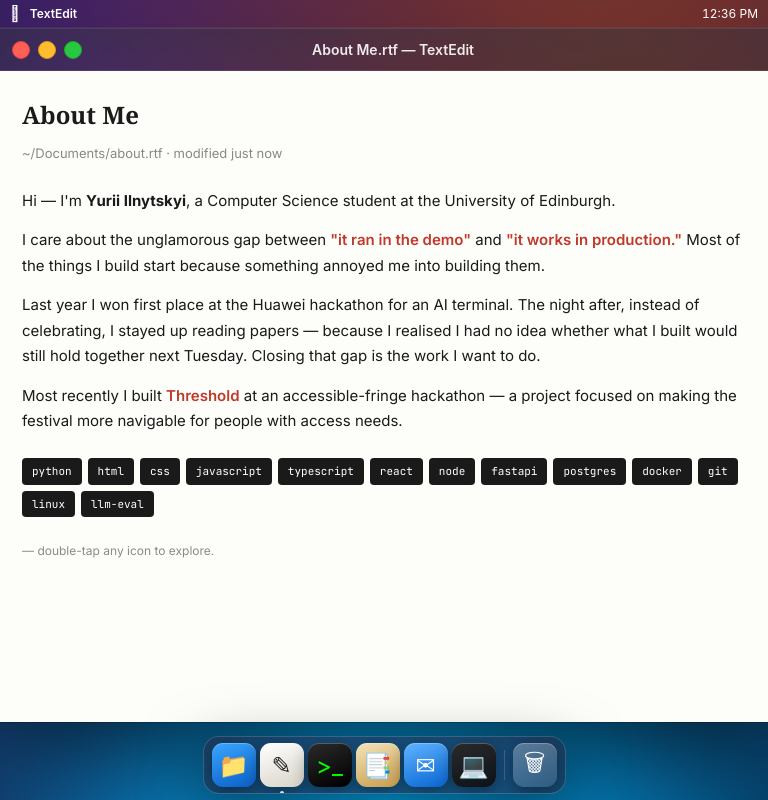
Repository: IYURA2006/personal_website
Page: index.html
An editor plug-in stored every save of this project. The page is shown before and after the next save, followed by the edit.
The browser window is 768 px wide. The pictures show the whole page.

Above is the page before, as saved 2026-04-10 13:39:37.

### index.html
<!doctype html>
<html lang="en">
<head>
<meta charset="utf-8">
<meta name="viewport" content="width=device-width,initial-scale=1,maximum-scale=1,user-scalable=no">
<meta name="theme-color" content="#1a0f2e">
<title>Yurii OS — Portfolio</title>
<link rel="preconnect" href="https://fonts.googleapis.com">
<link rel="icon" type="image/png" href="image.png">
<link rel="preconnect" href="https://fonts.gstatic.com" crossorigin>
<link href="https://fonts.googleapis.com/css2?family=Inter:wght@400;500;600;700&family=JetBrains+Mono:wght@400;500&display=swap" rel="stylesheet">
<link rel="stylesheet" href="styles.css">
</head>
<body>


<div id="boot"><div class="apple">&#63743;</div><div class="bar"><i></i></div></div>

<div id="desktop">

  <div id="menubar">
    <span class="apple">&#63743;</span>
    <span class="active" id="activeApp">Finder</span>
    <div class="items">
      <span>File</span><span>Edit</span><span>View</span><span>Go</span><span>Window</span><span>Help</span>
    </div>
    <div class="right">
      <span class="hide-sm">&#9728;</span>
      <span class="hide-sm">&#128268;</span>
      <span id="clock">—</span>
    </div>
  </div>

  <div id="deskicons">
    <div class="deskicon" data-app="about"><div class="img ic-text">&#9998;</div><div class="lbl">About Me</div></div>
    <div class="deskicon" data-app="projects"><div class="img ic-finder">&#128193;</div><div class="lbl">Projects</div></div>
    <div class="deskicon" data-app="resume"><div class="img ic-resume">&#128209;</div><div class="lbl">Resume</div></div>
    <div class="deskicon" data-app="contact"><div class="img ic-mail">&#9993;</div><div class="lbl">Contact</div></div>
  </div>

  <div id="windows"></div>

  <div id="dock-wrap">
    <div id="dock">
      <div class="dockitem ic-finder" data-app="projects"><span>&#128193;</span><div class="tip">Finder</div><div class="dot"></div></div>
      <div class="dockitem ic-text" data-app="about"><span>&#9998;</span><div class="tip">About Me</div><div class="dot"></div></div>
      <div class="dockitem ic-term" data-app="terminal"><span>&gt;_</span><div class="tip">Terminal</div><div class="dot"></div></div>
      <div class="dockitem ic-resume" data-app="resume"><span>&#128209;</span><div class="tip">Resume</div><div class="dot"></div></div>
      <div class="dockitem ic-mail" data-app="contact"><span>&#9993;</span><div class="tip">Contact</div><div class="dot"></div></div>
      <div class="dockitem ic-github" data-app="github"><span>&#128187;</span><div class="tip">GitHub</div><div class="dot"></div></div>
      <div class="divider"></div>
      <div class="dockitem ic-trash"><span>&#128465;</span><div class="tip">Trash</div></div>
    </div>
  </div>

</div>

<script src="app.js"></script>
</body>
</html>

### styles.css
:root{
  --font:-apple-system,BlinkMacSystemFont,"SF Pro Display","SF Pro Text","Inter",system-ui,sans-serif;
  --mono:"JetBrains Mono",ui-monospace,Menlo,monospace;
}
*{box-sizing:border-box;margin:0;padding:0;-webkit-font-smoothing:antialiased;-webkit-tap-highlight-color:transparent}
html,body{height:100%;overflow:hidden;font-family:var(--font);color:#fff;user-select:none;overscroll-behavior:none}
button{font:inherit;color:inherit;background:none;border:none;cursor:pointer}
a{color:inherit;text-decoration:none}

/* ============ Wallpaper ============ */
#desktop{
  position:fixed;inset:0;
  background:
    radial-gradient(1200px 800px at 80% 10%, #ff7a59 0%, transparent 55%),
    radial-gradient(900px 700px at 15% 20%, #7b4bff 0%, transparent 60%),
    radial-gradient(1000px 800px at 50% 100%, #00b3ff 0%, transparent 55%),
    linear-gradient(160deg,#1a0f2e 0%, #2b0a3d 40%, #06122e 100%);
  overflow:hidden;
}
#desktop::after{
  content:"";position:absolute;inset:0;pointer-events:none;opacity:.08;mix-blend-mode:overlay;
  background-image:url("data:[embedded picture, 246 characters]");
}

/* ============ Menu bar ============ */
#menubar{
  position:fixed;top:0;left:0;right:0;height:28px;z-index:9999;
  display:flex;align-items:center;padding:0 14px;gap:18px;font-size:13px;
  background:rgba(20,18,30,.55);
  backdrop-filter:blur(22px) saturate(180%);
  -webkit-backdrop-filter:blur(22px) saturate(180%);
  border-bottom:1px solid rgba(255,255,255,.08);
}
#menubar .apple{font-size:15px}
#menubar .active{font-weight:600;white-space:nowrap;overflow:hidden;text-overflow:ellipsis;max-width:50vw}
#menubar .items{display:flex;gap:16px;font-weight:500;opacity:.9}
#menubar .right{margin-left:auto;display:flex;gap:14px;align-items:center;font-variant-numeric:tabular-nums}

/* ============ Desktop icons ============ */
#deskicons{position:absolute;top:48px;right:24px;display:flex;flex-direction:column;gap:22px;z-index:10}
.deskicon{
  width:84px;display:flex;flex-direction:column;align-items:center;gap:6px;
  cursor:pointer;border-radius:8px;padding:6px;transition:background .15s;
}
.deskicon:hover{background:rgba(255,255,255,.08)}
.deskicon.sel{background:rgba(80,140,255,.35);outline:1px solid rgba(255,255,255,.3)}
.deskicon .img{
  width:56px;height:56px;border-radius:14px;display:flex;align-items:center;justify-content:center;
  font-size:30px;box-shadow:0 8px 24px rgba(0,0,0,.4),inset 0 1px 0 rgba(255,255,255,.25);
}
.deskicon .lbl{font-size:12px;text-shadow:0 1px 3px rgba(0,0,0,.8);text-align:center}

/* ============ Windows ============ */
.win{
  position:absolute;min-width:340px;min-height:240px;
  background:rgba(30,28,40,.78);
  backdrop-filter:blur(30px) saturate(180%);
  -webkit-backdrop-filter:blur(30px) saturate(180%);
  border:1px solid rgba(255,255,255,.12);border-radius:12px;overflow:hidden;
  box-shadow:0 30px 80px rgba(0,0,0,.55), 0 0 0 .5px rgba(0,0,0,.4);
  display:flex;flex-direction:column;
  transform-origin:center bottom;
  animation:winOpen .42s cubic-bezier(.2,1.2,.3,1);
}
@keyframes winOpen{0%{opacity:0;transform:scale(.85) translateY(40px)}100%{opacity:1;transform:none}}
.win.closing{animation:winClose .25s ease forwards}
@keyframes winClose{to{opacity:0;transform:scale(.9) translateY(20px)}}
.win.minimizing{animation:winMin .35s ease forwards}
@keyframes winMin{to{opacity:0;transform:scale(.2) translateY(60vh)}}

.titlebar{
  height:36px;display:flex;align-items:center;padding:0 12px;gap:8px;flex-shrink:0;
  background:rgba(255,255,255,.04);border-bottom:1px solid rgba(255,255,255,.08);
  cursor:grab;
}
.titlebar:active{cursor:grabbing}
.lights{display:flex;gap:8px;flex-shrink:0}
.light{width:13px;height:13px;border-radius:50%;display:flex;align-items:center;justify-content:center;font-size:9px;color:rgba(0,0,0,.55);font-weight:700}
.light.r{background:#ff5f57;border:.5px solid #e0443e}
.light.y{background:#febc2e;border:.5px solid #d89e1f}
.light.g{background:#28c840;border:.5px solid #1aaa2c}
.light span{opacity:0}
.lights:hover .light span{opacity:1}
.title{flex:1;text-align:center;font-size:13px;font-weight:600;opacity:.9;white-space:nowrap;overflow:hidden;text-overflow:ellipsis}
.win .body{flex:1;overflow:auto;color:#eee;font-size:14px;-webkit-overflow-scrolling:touch}

/* ============ Finder app ============ */
.finder{display:flex;height:100%}
.finder .side{width:160px;flex-shrink:0;background:rgba(0,0,0,.18);border-right:1px solid rgba(255,255,255,.06);padding:14px 10px;font-size:12px;overflow:auto}
.finder .side h4{font-size:10px;text-transform:uppercase;opacity:.5;margin:10px 6px 6px;letter-spacing:.05em}
.finder .side a{display:flex;align-items:center;gap:8px;padding:5px 8px;border-radius:6px;color:#fff;cursor:pointer}
.finder .side a:hover{background:rgba(255,255,255,.08)}
.finder .side a.act{background:rgba(80,140,255,.4)}
.finder .main{flex:1;padding:18px;display:grid;grid-template-columns:repeat(auto-fill,minmax(140px,1fr));gap:14px;align-content:start;overflow:auto}
.pcard{display:flex;flex-direction:column;align-items:center;gap:8px;padding:10px;border-radius:8px;cursor:pointer;text-decoration:none;color:#fff}
.pcard:hover{background:rgba(255,255,255,.06)}
.pcard .ic{width:74px;height:90px;border-radius:6px;background:linear-gradient(160deg,#fff,#cfd6e4);display:flex;align-items:center;justify-content:center;font-size:36px;color:#222;box-shadow:0 6px 18px rgba(0,0,0,.4);position:relative}
.pcard .nm{font-size:12px;text-align:center;font-weight:500}
.pcard .meta{font-size:10px;opacity:.5;text-align:center}
.pcard .badge{position:absolute;top:-4px;right:-4px;background:#ff3b30;color:#fff;font-size:9px;padding:2px 6px;border-radius:10px;font-weight:600}

/* ============ TextEdit ============ */
.textedit{padding:34px 50px;background:#fdfdfa;color:#1a1a1a;min-height:100%;font-family:"Inter",var(--font);font-size:14.5px;line-height:1.7}
.textedit h1{font-family:"Iowan Old Style",Georgia,serif;font-size:28px;margin-bottom:6px}
.textedit .sub{color:#888;font-size:13px;margin-bottom:24px}
.textedit p{margin-bottom:14px}
.textedit em{color:#c0392b;font-style:normal;font-weight:600}
.textedit .tags{margin-top:24px;display:flex;flex-wrap:wrap;gap:6px}
.textedit .tags span{background:#1a1a1a;color:#fff;padding:4px 10px;border-radius:4px;font-size:11px;font-family:var(--mono)}

/* ============ Terminal ============ */
.terminal{background:rgba(10,8,16,.92);min-height:100%;font-family:var(--mono);font-size:13px;color:#d6d6d6;padding:14px;overflow:auto}
.terminal .line{white-space:pre-wrap;word-break:break-word;margin-bottom:2px}
.terminal .prompt{color:#5af78e}
.terminal .path{color:#57c7ff}
.terminal .err{color:#ff5c57}
.terminal .ok{color:#f3f99d}
.terminal .input-row{display:flex;gap:6px;align-items:center;margin-top:4px}
.terminal input{background:none;border:none;color:#d6d6d6;font:inherit;flex:1;outline:none;caret-color:#5af78e;min-width:0}

/* ============ Resume ============ */
.resume-pdf{width:100%;height:100%;border:none;background:#525659}
.resume{padding:30px 40px;background:#f4f1ea;color:#161616;min-height:100%;font-family:Georgia,"Iowan Old Style",serif}
.resume h1{font-size:32px;letter-spacing:-.01em}
.resume .role{font-style:italic;color:#666;margin-bottom:18px}
.resume h2{font-size:13px;text-transform:uppercase;letter-spacing:.12em;border-bottom:1px solid #c8c2b3;padding-bottom:4px;margin:20px 0 10px;color:#444;font-family:var(--font);font-weight:700}
.resume .item{margin-bottom:12px;font-size:13.5px;line-height:1.55}
.resume .item b{display:block}
.resume .item span{color:#888;font-size:12px;font-style:italic}
.resume .skills{display:flex;flex-wrap:wrap;gap:6px;font-family:var(--font);font-size:11px}
.resume .skills span{background:#1a1a1a;color:#fff;padding:3px 9px;border-radius:3px}

/* ============ Contact ============ */
.contact{padding:30px;min-height:100%;display:flex;flex-direction:column;gap:14px}
.contact h2{font-size:22px;font-weight:600}
.contact a.row{display:flex;align-items:center;gap:14px;padding:14px;background:rgba(255,255,255,.05);border:1px solid rgba(255,255,255,.08);border-radius:10px;color:#fff;text-decoration:none;transition:all .2s}
.contact a.row:hover{background:rgba(255,255,255,.1);transform:translateX(4px)}
.contact a.row .ic{font-size:24px}
.contact a.row b{display:block;font-size:14px}
.contact a.row span{font-size:12px;opacity:.6}

/* ============ GitHub app ============ */
.gh{padding:0;height:100%;display:flex;flex-direction:column;background:#0d1117;color:#e6edf3;font-family:var(--font)}
.gh .head{padding:20px 24px;border-bottom:1px solid #30363d;display:flex;gap:18px;align-items:center}
.gh .head img{width:64px;height:64px;border-radius:50%;border:1px solid #30363d}
.gh .head h2{font-size:20px;font-weight:600;margin-bottom:2px}
.gh .head .login{color:#7d8590;font-size:13px}
.gh .head .bio{color:#e6edf3;font-size:12px;margin-top:4px;max-width:340px}
.gh .stats{display:flex;gap:16px;padding:12px 24px;border-bottom:1px solid #30363d;font-size:12px;color:#7d8590}
.gh .stats b{color:#e6edf3;font-weight:600}
.gh .repos{flex:1;overflow:auto;padding:12px 18px}
.gh .repo{padding:14px;border:1px solid #30363d;border-radius:8px;margin-bottom:10px;transition:border-color .15s}
.gh .repo:hover{border-color:#58a6ff}
.gh .repo h3{font-size:14px;color:#58a6ff;font-weight:600;margin-bottom:4px}
.gh .repo p{font-size:12px;color:#7d8590;margin-bottom:8px;line-height:1.45}
.gh .repo .meta{display:flex;gap:14px;font-size:11px;color:#7d8590}
.gh .repo .meta .lang{display:flex;align-items:center;gap:4px}
.gh .repo .meta .dot{width:10px;height:10px;border-radius:50%;background:#3178c6}
.gh .loading{padding:40px;text-align:center;color:#7d8590;font-size:13px}
.gh .err{padding:30px;text-align:center;color:#f85149;font-size:13px}
.gh .open-btn{display:inline-block;margin:14px 24px 18px;padding:8px 16px;background:#238636;color:#fff;border-radius:6px;font-size:12px;font-weight:600;text-align:center;border:1px solid #2ea043}
.gh .open-btn:hover{background:#2ea043}

/* ============ Dock ============ */
#dock-wrap{position:fixed;bottom:0;left:0;right:0;display:flex;justify-content:center;padding-bottom:10px;z-index:9000;pointer-events:none}
#dock{
  display:flex;align-items:flex-end;gap:6px;padding:8px 10px;
  background:rgba(40,38,55,.55);
  backdrop-filter:blur(28px) saturate(180%);
  -webkit-backdrop-filter:blur(28px) saturate(180%);
  border:1px solid rgba(255,255,255,.15);border-radius:20px;
  box-shadow:0 18px 60px rgba(0,0,0,.5);
  pointer-events:auto;max-width:calc(100vw - 20px);overflow-x:auto;
  scrollbar-width:none;
}
#dock::-webkit-scrollbar{display:none}
.dockitem{
  position:relative;width:52px;height:52px;border-radius:13px;flex-shrink:0;
  display:flex;align-items:center;justify-content:center;font-size:30px;cursor:pointer;
  transition:transform .18s cubic-bezier(.2,1.4,.4,1);transform-origin:center bottom;
  box-shadow:0 6px 18px rgba(0,0,0,.4),inset 0 1px 0 rgba(255,255,255,.25);
}
.dockitem .dot{position:absolute;bottom:-8px;left:50%;transform:translateX(-50%);width:4px;height:4px;border-radius:50%;background:#fff;opacity:0;transition:opacity .2s}
.dockitem.run .dot{opacity:.85}
.dockitem .tip{
  position:absolute;bottom:calc(100% + 14px);left:50%;transform:translateX(-50%) translateY(6px);
  background:rgba(20,18,30,.9);backdrop-filter:blur(20px);
  padding:5px 10px;border-radius:6px;font-size:12px;white-space:nowrap;
  border:1px solid rgba(255,255,255,.1);opacity:0;pointer-events:none;transition:all .15s;
}
.dockitem:hover .tip{opacity:1;transform:translateX(-50%) translateY(0)}
.divider{width:1px;height:36px;background:rgba(255,255,255,.18);margin:0 4px;align-self:center;flex-shrink:0}

/* dock icon colors */
.ic-finder{background:linear-gradient(160deg,#3aa6ff,#0a5fc7)}
.ic-text{background:linear-gradient(160deg,#fff,#d8d4c8);color:#222}
.ic-term{background:linear-gradient(160deg,#2a2a2a,#000);color:#0f0}
.ic-resume{background:linear-gradient(160deg,#f4e4bc,#c89d4a);color:#3a2510}
.ic-mail{background:linear-gradient(160deg,#5fb3ff,#0866d3)}
.ic-github{background:linear-gradient(160deg,#2a2a2a,#0d1117);color:#fff}
.ic-trash{background:linear-gradient(160deg,rgba(255,255,255,.3),rgba(255,255,255,.1))}

/* ============ Boot ============ */
#boot{position:fixed;inset:0;background:#000;display:flex;align-items:center;justify-content:center;flex-direction:column;gap:20px;z-index:99999;color:#fff}
#boot .apple{font-size:64px}
#boot .bar{width:200px;height:4px;background:rgba(255,255,255,.18);border-radius:2px;overflow:hidden}
#boot .bar i{display:block;height:100%;width:0;background:#fff;animation:load 1.8s ease forwards}
@keyframes load{to{width:100%}}
#boot.gone{opacity:0;pointer-events:none;transition:opacity .5s}

/* ============================================
   MOBILE — windows go fullscreen, no dragging
   ============================================ */
@media (max-width:780px){
  .hide-sm{display:none !important}
  #menubar{padding:0 10px;gap:10px;font-size:12px}
  #menubar .items{display:none}
  #menubar .active{font-size:12px}

  #deskicons{
    top:auto;right:auto;left:0;right:0;bottom:90px;
    flex-direction:row;flex-wrap:wrap;justify-content:center;gap:14px;padding:0 14px;
  }
  .deskicon{width:74px}
  .deskicon .img{width:50px;height:50px;font-size:26px}

  .win{
    position:fixed !important;
    top:28px !important;left:0 !important;right:0 !important;bottom:78px !important;
    width:100vw !important;height:auto !important;
    border-radius:0;border-left:none;border-right:none;border-bottom:none;
    min-width:0;min-height:0;
    animation:winOpenMobile .35s cubic-bezier(.2,1,.3,1);
  }
  @keyframes winOpenMobile{from{opacity:0;transform:translateY(30px)}to{opacity:1;transform:none}}
  .titlebar{cursor:default;height:42px}
  .light{width:18px;height:18px}
  .title{font-size:14px}

  /* Finder: collapse sidebar */
  .finder .side{display:none}
  .finder .main{padding:14px;grid-template-columns:repeat(auto-fill,minmax(110px,1fr));gap:10px}
  .pcard .ic{width:64px;height:78px;font-size:30px}

  .textedit{padding:24px 22px;font-size:15px}
  .textedit h1{font-size:24px}

  .resume{padding:22px 22px}
  .resume h1{font-size:26px}

  .contact{padding:20px}

  .gh .head{padding:16px;flex-direction:column;text-align:center;gap:10px}
  .gh .head .bio{max-width:none}
  .gh .repos{padding:10px}

  /* Dock */
  #dock-wrap{padding-bottom:6px; z-index:9998;}
  #dock{padding:6px 8px;gap:4px;border-radius:16px}
  .dockitem{width:44px;height:44px;font-size:24px;border-radius:11px; z-index:10001;}
  .dockitem .tip{display:none}
  .divider{height:30px}
}

@media (max-width:400px){
  .dockitem{width:40px;height:40px;font-size:22px}
  .deskicon{width:64px}
  #deskicons{bottom:78px}
}

Loaded but not shown: app.js (411 lines, source omitted)

After the next save:
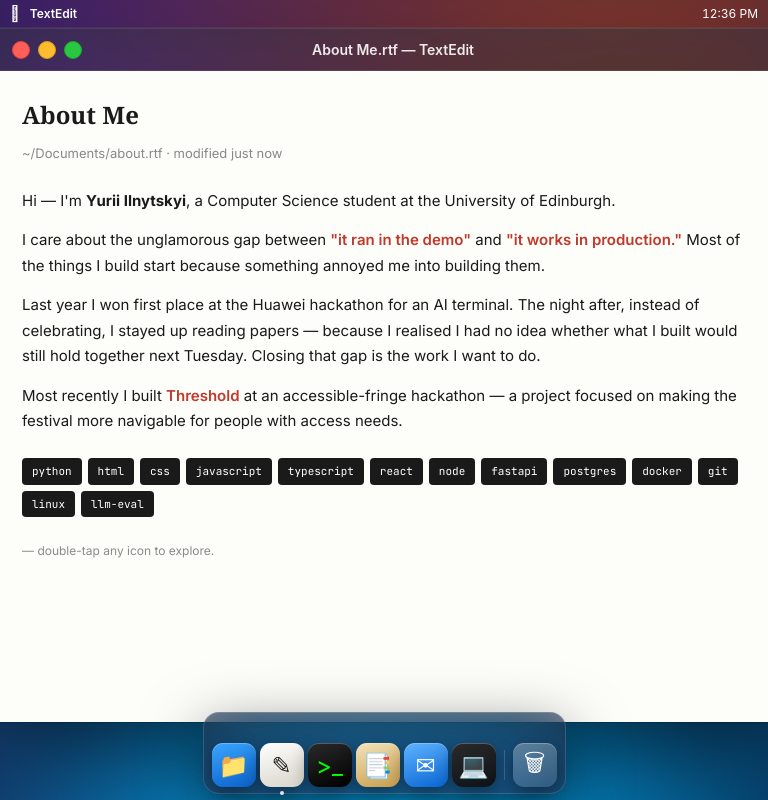
Saved 4 min 53 s later.
--- a/styles.css
+++ b/styles.css
@@ -256,7 +256,9 @@
 
   /* Dock */
   #dock-wrap{padding-bottom:6px; z-index:9998;}
-  #dock{padding:6px 8px;gap:4px;border-radius:16px}
+  #dock{padding:6px 8px;gap:4px;border-radius:16px; overflow:visible;
+  padding-top:30px;     /* ← room for scaled icons to grow up into */
+  margin-top:-22px;}
   .dockitem{width:44px;height:44px;font-size:24px;border-radius:11px; z-index:10001;}
   .dockitem .tip{display:none}
   .divider{height:30px}

After the save that followed:
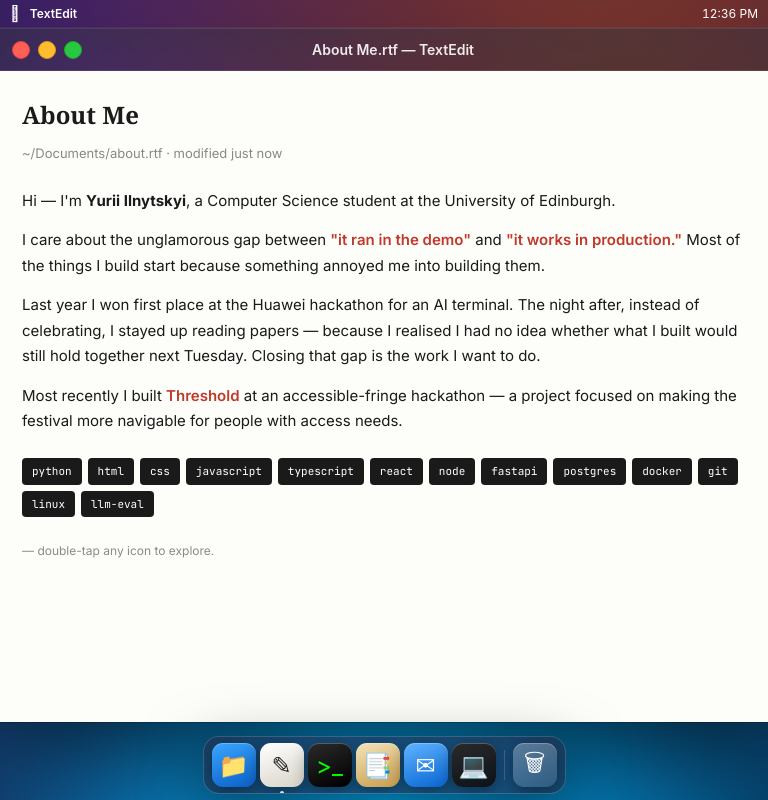
Saved 2 min 30 s later.
--- a/styles.css
+++ b/styles.css
@@ -162,18 +162,26 @@
 .gh .open-btn:hover{background:#2ea043}
 
 /* ============ Dock ============ */
-#dock-wrap{position:fixed;bottom:0;left:0;right:0;display:flex;justify-content:center;padding-bottom:10px;z-index:9000;pointer-events:none}
+#dock-wrap{
+  position:fixed;bottom:0;left:0;right:0;
+  display:flex;justify-content:center;
+  padding-bottom:10px;
+  z-index:10000;                 /* ← above windows + menu bar */
+  pointer-events:none;
+}
 #dock{
-  display:flex;align-items:flex-end;gap:6px;padding:8px 10px;
+  display:flex;align-items:flex-end;gap:6px;
+  padding:38px 10px 8px;         /* ← extra top padding for magnified icons */
+  margin-top:-30px;              /* ← pulled back so visually unchanged */
   background:rgba(40,38,55,.55);
   backdrop-filter:blur(28px) saturate(180%);
   -webkit-backdrop-filter:blur(28px) saturate(180%);
   border:1px solid rgba(255,255,255,.15);border-radius:20px;
   box-shadow:0 18px 60px rgba(0,0,0,.5);
-  pointer-events:auto;max-width:calc(100vw - 20px);overflow-x:auto;
-  scrollbar-width:none;
-}
-#dock::-webkit-scrollbar{display:none}
+  pointer-events:auto;
+  max-width:calc(100vw - 20px);
+  overflow:visible;              /* ← don't clip scaled icons */
+}
 .dockitem{
   position:relative;width:52px;height:52px;border-radius:13px;flex-shrink:0;
   display:flex;align-items:center;justify-content:center;font-size:30px;cursor:pointer;
@@ -187,6 +195,7 @@
   background:rgba(20,18,30,.9);backdrop-filter:blur(20px);
   padding:5px 10px;border-radius:6px;font-size:12px;white-space:nowrap;
   border:1px solid rgba(255,255,255,.1);opacity:0;pointer-events:none;transition:all .15s;
+  z-index:10001;
 }
 .dockitem:hover .tip{opacity:1;transform:translateX(-50%) translateY(0)}
 .divider{width:1px;height:36px;background:rgba(255,255,255,.18);margin:0 4px;align-self:center;flex-shrink:0}
@@ -254,12 +263,17 @@
   .gh .head .bio{max-width:none}
   .gh .repos{padding:10px}
 
-  /* Dock */
-  #dock-wrap{padding-bottom:6px; z-index:9998;}
-  #dock{padding:6px 8px;gap:4px;border-radius:16px; overflow:visible;
-  padding-top:30px;     /* ← room for scaled icons to grow up into */
-  margin-top:-22px;}
-  .dockitem{width:44px;height:44px;font-size:24px;border-radius:11px; z-index:10001;}
+  /* Dock — re-enable horizontal scroll on mobile (no magnification here anyway) */
+  #dock-wrap{padding-bottom:6px}
+  #dock{
+    padding:6px 8px;gap:4px;border-radius:16px;
+    margin-top:0;
+    overflow-x:auto;
+    overflow-y:visible;
+    scrollbar-width:none;
+  }
+  #dock::-webkit-scrollbar{display:none}
+  .dockitem{width:44px;height:44px;font-size:24px;border-radius:11px}
   .dockitem .tip{display:none}
   .divider{height:30px}
 }
